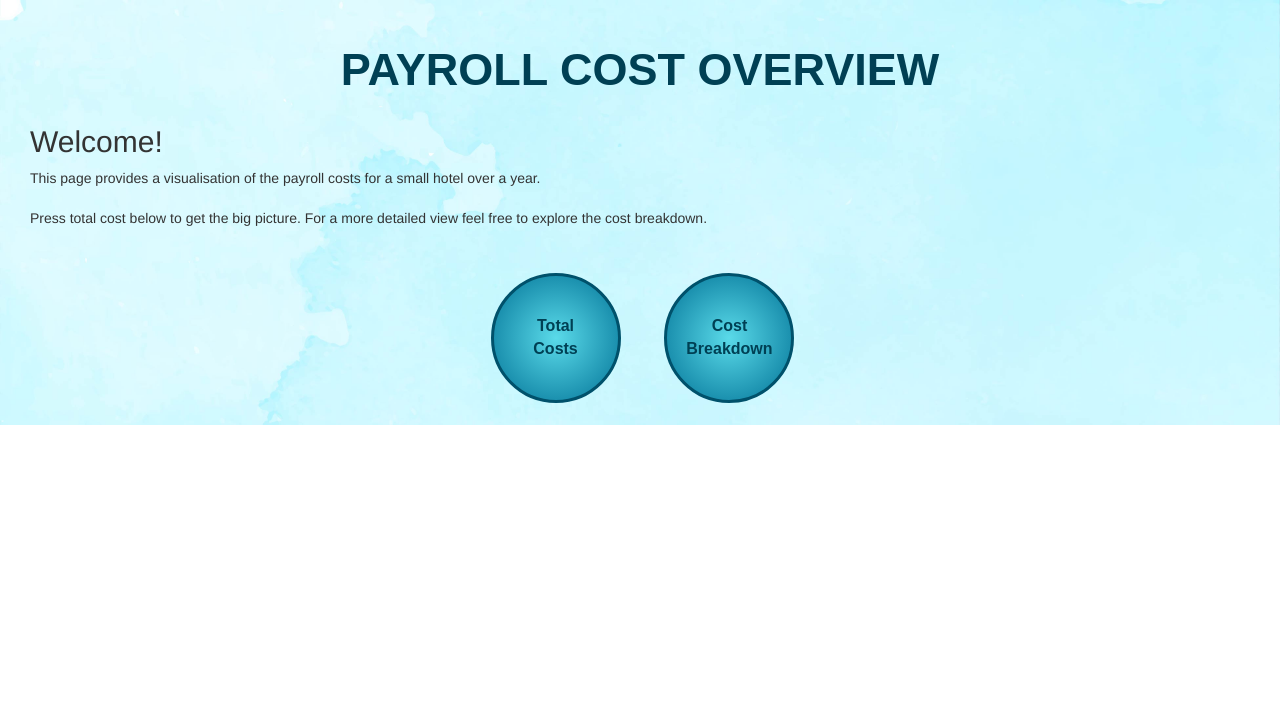
Repository: Code-Institute-Submissions/danfiliphoff-Milestoneproject-2
Page: index.html
The author's editor kept a record of every edit. The page is drawn from the files as they stood at one moment, then again after the next edit.
The browser window is 1280 px wide. The pictures show the whole page.

Above is the page before.
Console error: TypeError: Cannot read properties of null (reading 'textContent')

After the next edit:
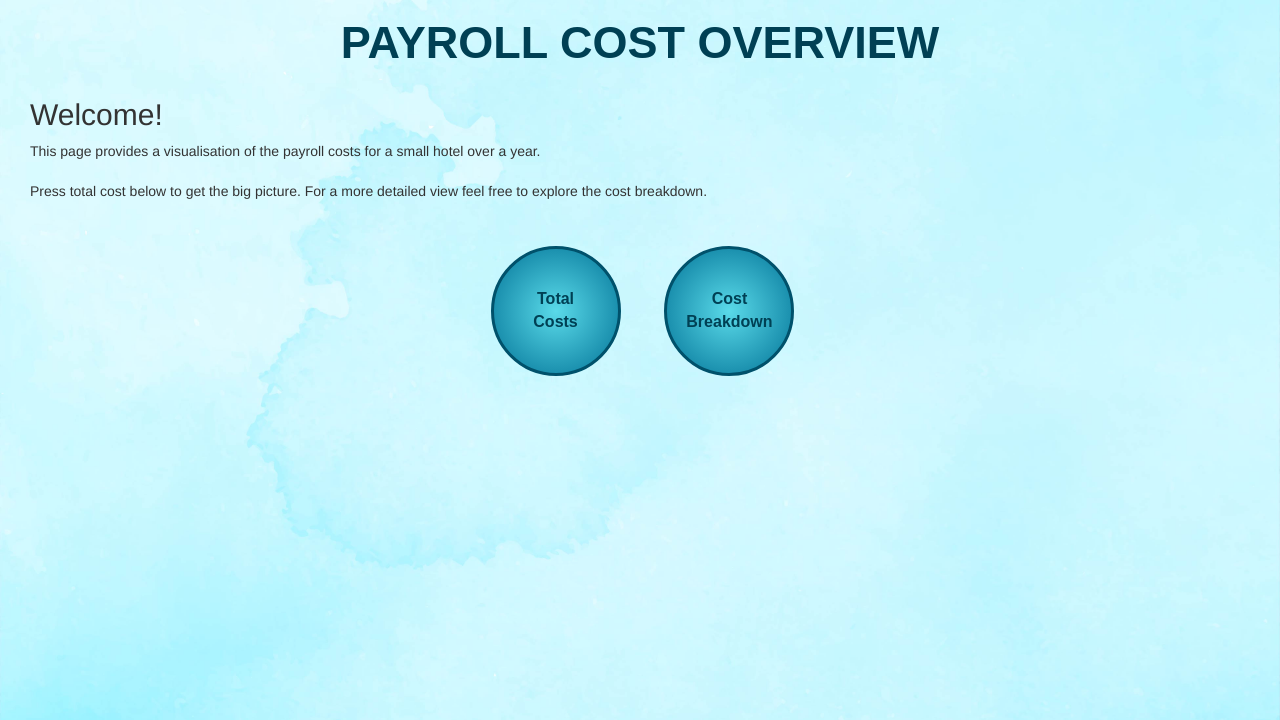
The error is gone.
The edit:
--- a/index.html
+++ b/index.html
@@ -6,20 +6,14 @@
     <meta http-equiv="X-UA-Compatible" content="ie=edge">
     <title>Payroll Dashboard</title>
     <link rel="stylesheet" href="static/css/style.css" type="text/css" />
+    <link rel="stylesheet" href="" type="text/css" />
     <link rel="stylesheet" href="static/pictures/html_background.jpg" type="image/jpg" />
+    <link rel="stylesheet" href="https://stackpath.bootstrapcdn.com/font-awesome/4.7.0/css/font-awesome.min.css" type="text/css" />
     <link rel="stylesheet" href="https://stackpath.bootstrapcdn.com/bootstrap/3.3.7/css/bootstrap.min.css" type="text/css" />
-    <link rel="stylesheet" href="https://stackpath.bootstrapcdn.com/font-awesome/4.7.0/css/font-awesome.min.css" type="text/css" />
     <script src="https://ajax.googleapis.com/ajax/libs/jquery/3.3.1/jquery.min.js"></script>
     <script src="https://maxcdn.bootstrapcdn.com/bootstrap/3.4.0/js/bootstrap.min.js"></script>
-    <script src="static/js/d3.min.js"></script>
-    <script src="static/js/d3-time-format.v2.min.js"></script>
-    <script src="static/js/crossfilter.min.js"></script>
-    <script src="static/js/dc.min.js"></script>
-    <script src="static/js/queue.min.js"></script>
-    <script src="static/js/total_cost.js"></script>
 </head>
-
-<body id="index-body-size,body-account">
+<body id="index-body-size">
     <div class="container-fluid" id="index-background">
         <header>
             <!--*******Title*********-->
@@ -34,11 +28,11 @@
                    </div>
                 </div>
         </header>
-        <div class = "body-account ">
-                        <!--****** Welcome Text******-->
-            <div class="container-fluid">
+        <body>
+            <!--****** Welcome Text******-->
+            <article class="container-fluid">
+                <h2 class="topic-header">Welcome!</h2>
                 <section>
-                    <h2 class="topic-header">Welcome!</h2>
                     <p class="topic-text">
                         This page provides a visualisation of the payroll costs
                         for a small hotel over a year.
@@ -48,7 +42,7 @@
                         more detailed view feel free to explore the cost breakdown.
                     </p>
                 </section>
-            </div>
+            </article>
             <!--****** Navigation Buttons******-->
             <div class="mobile" id="indexcontent">
                 <div class="row" id="center-btn">
@@ -66,12 +60,12 @@
                     </div>
                 </div>
             </div>
-            <!--****** Footer******-->
-            <footer class="navbar-fixed-bottom">
-                <div class="row footerbackgrund">
+        </body>
+        <!--****** Footer******-->
+        <footer class="navbar-fixed-bottom">
+            <div class="row footerbackgrund">
             </div>
-            </footer>
-        </div>
+        </footer>
     </div>
 </body>
 </html>
